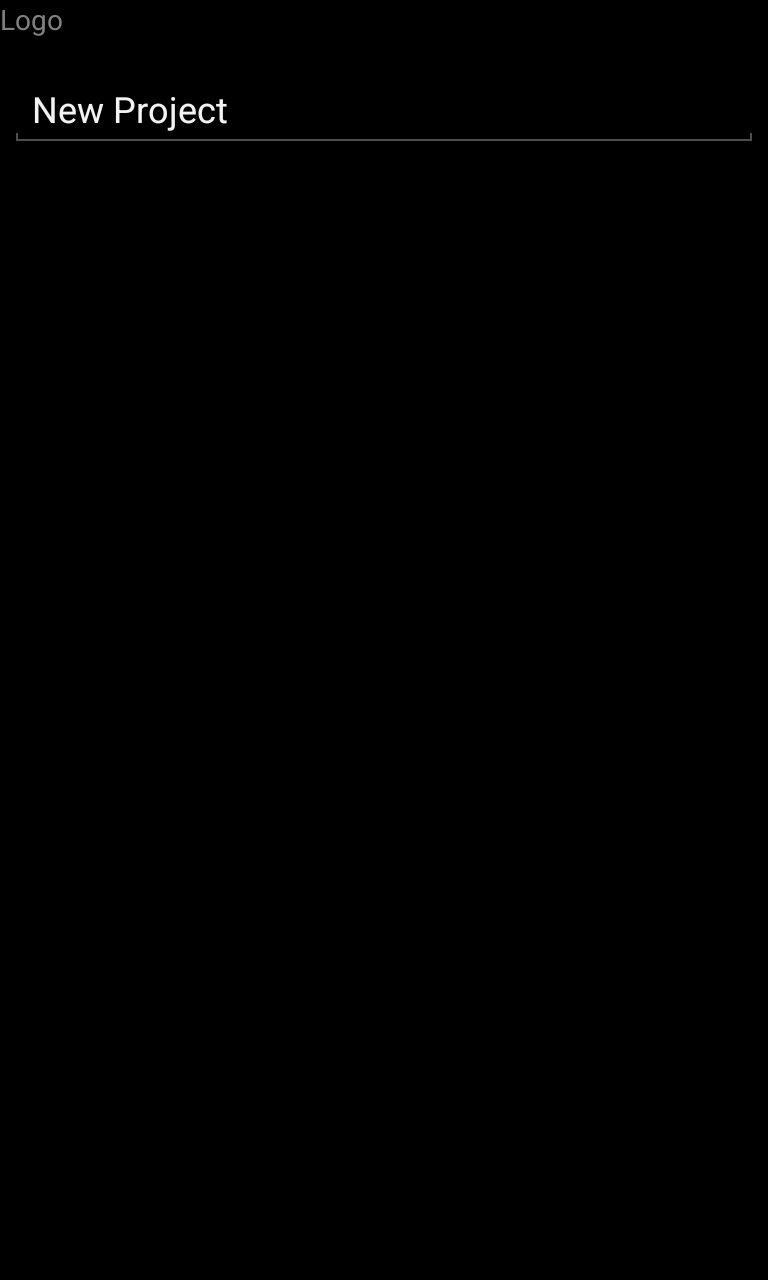
Repository: matthew-robertson/PhysLab
Layout: Phys Lab/Phys Lab/res/layout/textbox.xml
The author's editor kept a copy of each file at every save. The layout is drawn from the files as they stood at one save, then again after the next save.
It is drawn on a 768 x 1280 px phone screen (xhdpi) without system bars, with theme android:Theme.Holo; the app's code is not run.

Above is the layout before, as saved 2013-01-18 06:47:11.

### Phys Lab/Phys Lab/res/layout/textbox.xml
<LinearLayout xmlns:android="http://schemas.android.com/apk/res/android"
    android:layout_width="wrap_content"
    android:layout_height="wrap_content"
    android:orientation="vertical" >

    <TextView
        android:id="@+id/text_title"
        android:layout_width="match_parent"
        android:layout_height="wrap_content"
        android:hint="Logo"

       />


    <EditText
        android:id="@+id/edit_text_project_name"
        android:layout_width="match_parent"
        android:layout_height="wrap_content"
        android:layout_marginBottom="4dp"
        android:layout_marginLeft="4dp"
        android:layout_marginRight="4dp"
        android:layout_marginTop="16dp"
        android:hint="Project Name"
        android:text="New Project"
        android:inputType="text" />


</LinearLayout>

After the next save:
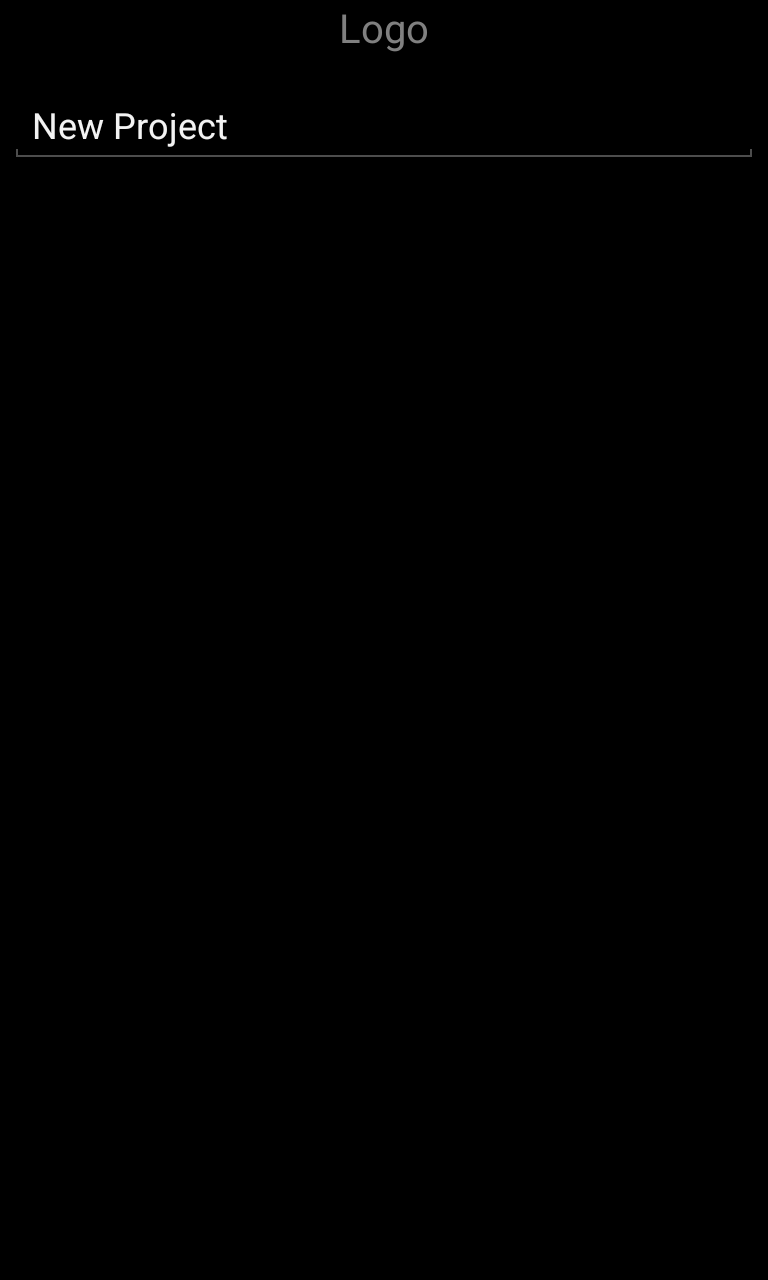
Saved 3 min 19 s later.
--- a/Phys Lab/Phys Lab/res/layout/textbox.xml
+++ b/Phys Lab/Phys Lab/res/layout/textbox.xml
@@ -8,7 +8,8 @@
         android:layout_width="match_parent"
         android:layout_height="wrap_content"
         android:hint="Logo"
-
+    	android:gravity="center"
+    	android:textSize="20"
        />
 
 
